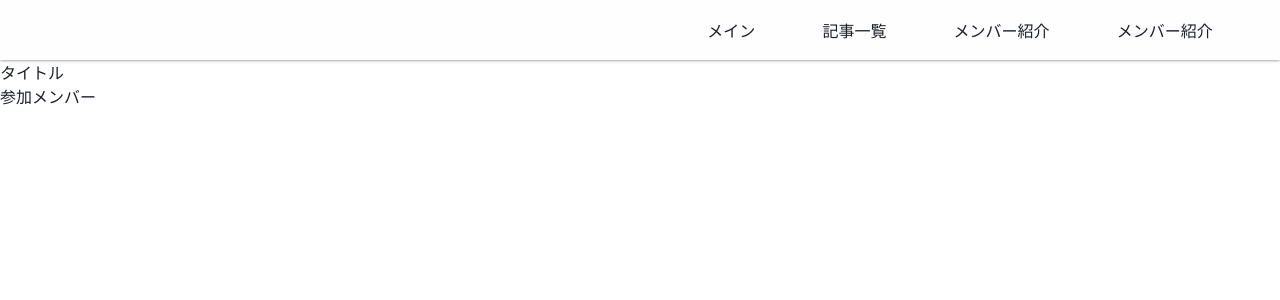
Repository: kanshu-1118/gpt-schoollife
Page: /blogContents
The author's editor kept a copy of each file at every save. The page is drawn from the files as they stood at one save, then again after the next save.
The browser window is 1280 px wide. The pictures show the whole page.
The project was rebuilt for these pictures with package versions that can differ from the ones it lists, and the page was loaded fresh each time. The framework's server and built-in components were replaced by stand-ins that run in the browser. Also part of the build but not shown: next.config.js.

Above is the page before, as saved 2023-06-26 14:28:40.

### src/pages/_app.tsx
import Script from "next/script";
import * as gtag from "../lib/gtag";
import { useRouter } from "next/router";
import { useEffect } from "react";
import type { AppProps } from 'next/app'
import { ChakraProvider } from '@chakra-ui/react'
import { Noto_Sans_JP } from 'next/font/google'

// import "ress"
const notojp = Noto_Sans_JP({
  weight: ["400", "500"],
  subsets: ["latin"],
  display: "swap",
});

export default function App({Component,pageProps} : AppProps){

  const router = useRouter();
  useEffect(() => {
    const handleRouterChange = (url: any) => {
      gtag.pageview(url);
    };
    router.events.on("routeChangeComplete", handleRouterChange);
    return () => {
      router.events.off("routeChangeComplete", handleRouterChange);
    };
  }, [router.events]);

  return (
    <main className={notojp.className}>
      <Script
        strategy="afterInteractive"
        src={`https://www.googletagmanager.com/gtag/js?id=${gtag.GA_MEASUREMENT_ID}`}
      />
      <Script
        id="gtag-init"
        strategy="afterInteractive"
        dangerouslySetInnerHTML={{
          __html: `
          window.dataLayer = window.dataLayer || [];
          function gtag(){dataLayer.push(arguments);}
          gtag('js', new Date());

          gtag('config', '${gtag.GA_MEASUREMENT_ID}');
          `,
        }}
      />
      <ChakraProvider>
        <Component {...pageProps} />
      </ChakraProvider>
    </main>
  )
}

### src/pages/blogContents.tsx
import { Flex,Text,Box,Image,Link } from '@chakra-ui/react'
import { NextPage } from 'next'
import { useEffect, useState } from "react"
import React from 'react'
import Header from './components/header'
import Home from '.'

const blogContents : NextPage = (props) => {

    console.log(props);

    return (
        <>
            <Flex>
                <Header />
            </Flex>

            {/* 記事タイトル */}
            <Text w={"1000px"} h={"auto"} justifyContent={"center"}>タイトル</Text>

            {/* 日時 */}
            <Text></Text>

            {/* アイキャッチ画像 */}
            <Image></Image>

            {/* 参加メンバー */}
            <Box>
                <Text>参加メンバー</Text>
                <Flex>
                    <Box>
                        <Image></Image>
                        <Text></Text>
                    </Box>
                    <Box>
                        <Image></Image>
                        <Text></Text>
                    </Box>
                    <Box>
                        <Image></Image>
                        <Text></Text>
                    </Box>
                </Flex>
            </Box>

            {/* リード文・導入部分 */}
            <Text></Text>

            {/* 目次 */}
            <Text></Text>

            {/* 記事本文(一旦保留) */}
            <Box></Box>

            {/* 記事まとめ */}
            <Box>
                <Text></Text>
                <Text></Text>
            </Box>

            {/* Movie&SNS */}
            <Box>
                <Text></Text>
                <Text></Text>
                <Flex>
                    <Link></Link>
                    <Link></Link>
                    <Link></Link>
                </Flex>
            </Box>

            {/* 関連記事 */}
            <Box>
            </Box>
        </>
    )
}

export default blogContents

### src/lib/gtag.js
export const GA_MEASUREMENT_ID = process.env.NEXT_PUBLIC_GA_ID;

export const pageview = (url) => {
    window.gtag("config", GA_MEASUREMENT_ID, {
        page_path: url,
    });
};

### src/pages/components/header.tsx
import { Flex, Image, Text, useStatStyles } from '@chakra-ui/react'
import Link from 'next/link'
import React, { useState } from 'react'

const header = () => {

    const [headerHight,setHeaderHight] = useState("60px")

    const heightMargin = () => {
        if (typeof document !== 'undefined') {
            document.getElementsByTagName("body")[0].style.marginTop = headerHight
        }
    }

    heightMargin()

    return (
        <Flex w={"100vw"} h={headerHight} position={"fixed"} top={'0'} justifyContent={'flex-end'} bgColor={'#fefefe'} zIndex={"10"} boxShadow={"0px -1px 4px #010101"}>
            <Flex as={'nav'} w={'50%'}>
                <Flex as={'ul'} w={'100%'} justifyContent={'space-evenly'}>
                    <Link href="./" passHref><Flex as={'li'} height={'100%'} lineHeight={headerHight}>メイン</Flex></Link>
                    <Link href="./contentsList" passHref><Flex as={'li'} height={'100%'} lineHeight={headerHight}>記事一覧</Flex></Link>
                    <Link href="./menber" passHref><Flex as={'li'} height={'100%'} lineHeight={headerHight}>メンバー紹介</Flex></Link>
                    <Link href="#" passHref><Flex as={'li'} height={'100%'} lineHeight={headerHight}>メンバー紹介</Flex></Link>
                </Flex>
            </Flex>
        </Flex>
    )
}

export default header

Loaded but not shown: src/pages/_document.tsx (common file)

After the next save:
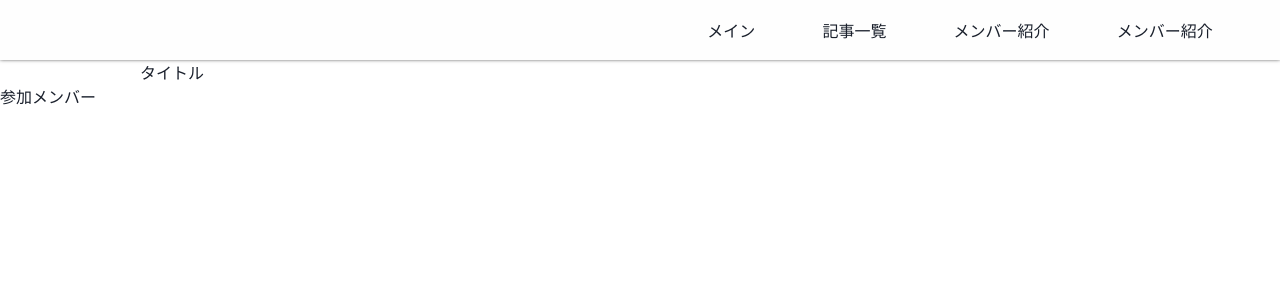
Saved 25 s later.
--- a/src/pages/blogContents.tsx
+++ b/src/pages/blogContents.tsx
@@ -16,7 +16,7 @@ const blogContents : NextPage = (props) => {
             </Flex>
 
             {/* 記事タイトル */}
-            <Text w={"1000px"} h={"auto"} justifyContent={"center"}>タイトル</Text>
+            <Text w={"1000px"} h={"auto"} margin={"0 auto"}>タイトル</Text>
 
             {/* 日時 */}
             <Text></Text>
